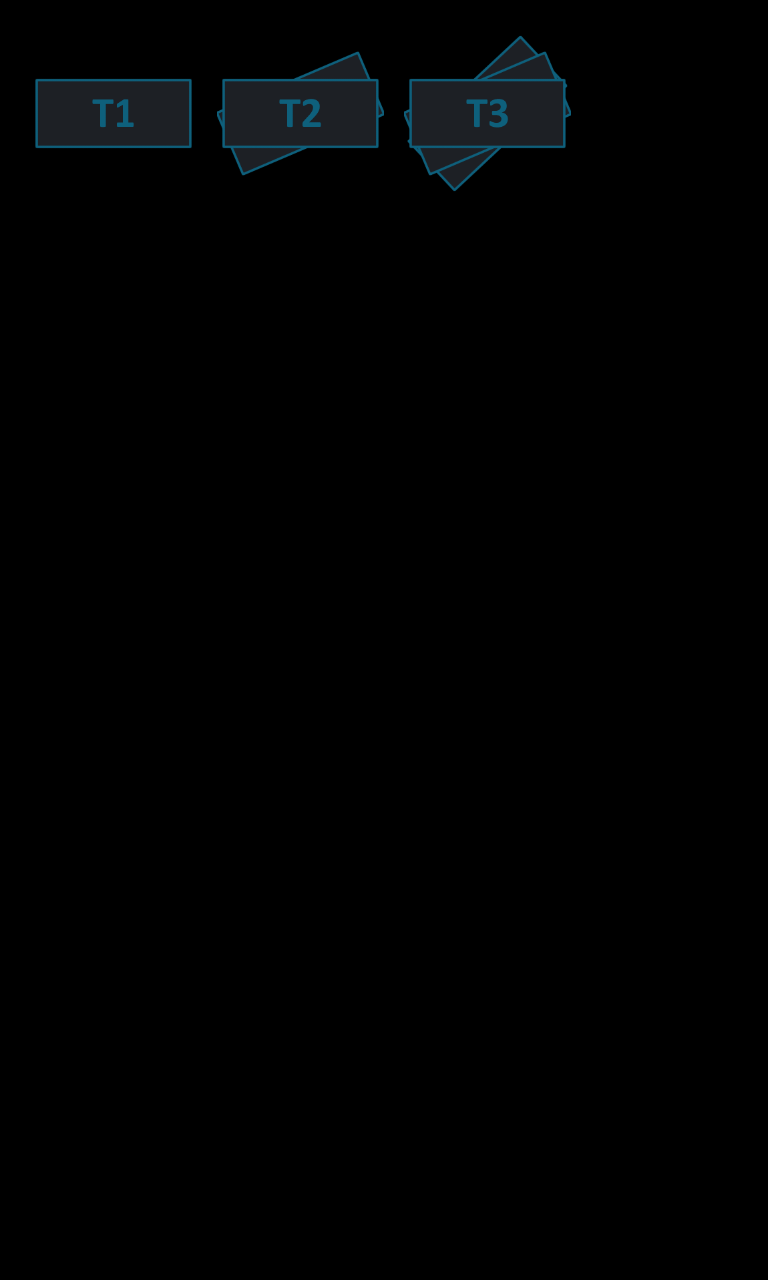
Repository: Nelspike/BusTicketer
Layout: PassengerMode/res/layout/fragment_show_tickets.xml
The author's editor kept a copy of each file at every save. The layout is drawn from the files as they stood at one save, then again after the next save.
It is drawn on a 768 x 1280 px phone screen (xhdpi) without system bars, with theme AppTheme; the app's code is not run.

Above is the layout before, as saved 2013-10-19 19:58:52.

### PassengerMode/res/layout/fragment_show_tickets.xml
<FrameLayout xmlns:android="http://schemas.android.com/apk/res/android"
    xmlns:tools="http://schemas.android.com/tools"
    android:layout_width="match_parent"
    android:layout_height="match_parent"
    tools:context=".ShowTicketsFragment" >

	<RadioGroup
	    android:layout_width="match_parent"
	    android:layout_height="wrap_content"
	    android:orientation="horizontal"
	    android:padding="15dp">

	    <RadioButton
	        android:button="@drawable/t1"
	        android:paddingRight="10dp"/>

	    <RadioButton
	        android:button="@drawable/t2"
	        android:paddingRight="10dp"/>

	    <RadioButton
	        android:button="@drawable/t3"
	        android:paddingRight="10dp"/>

	</RadioGroup>


</FrameLayout>

### PassengerMode/res/values/styles.xml
<resources>

    <!--
        Base application theme, dependent on API level. This theme is replaced
        by AppBaseTheme from res/values-vXX/styles.xml on newer devices.
    -->
    <style name="AppBaseTheme" parent="android:Theme.Holo">
        <!--
            Theme customizations available in newer API levels can go in
            res/values-vXX/styles.xml, while customizations related to
            backward-compatibility can go here.
        -->
    </style>

    <!-- Application theme. -->
    <style name="AppTheme" parent="android:Theme.Holo">
        <!-- All customizations that are NOT specific to a particular API-level can go here. -->
    </style>

</resources>

After the next save:
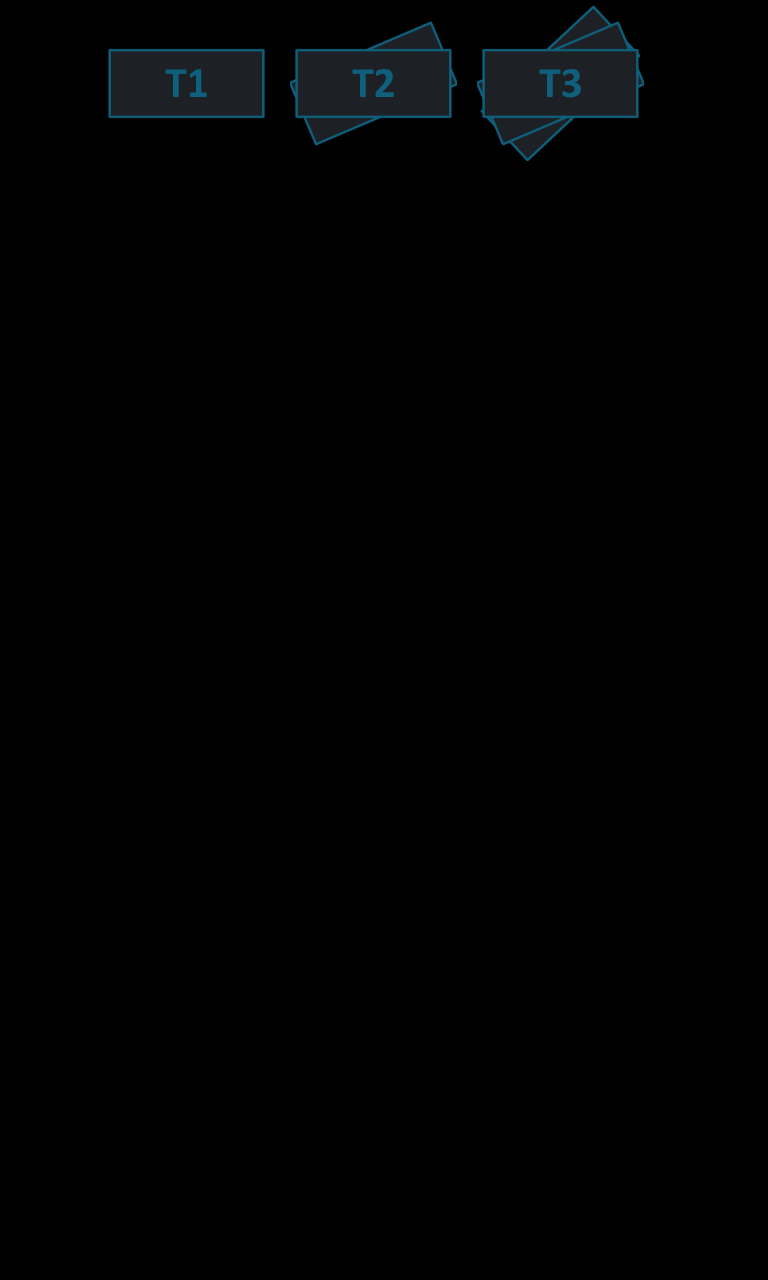
Saved 12 s later.
--- a/PassengerMode/res/layout/fragment_show_tickets.xml
+++ b/PassengerMode/res/layout/fragment_show_tickets.xml
@@ -8,7 +8,7 @@
 	    android:layout_width="match_parent"
 	    android:layout_height="wrap_content"
 	    android:orientation="horizontal"
-	    android:padding="15dp">
+	    android:gravity="center">
 
 	    <RadioButton
 	        android:button="@drawable/t1"
